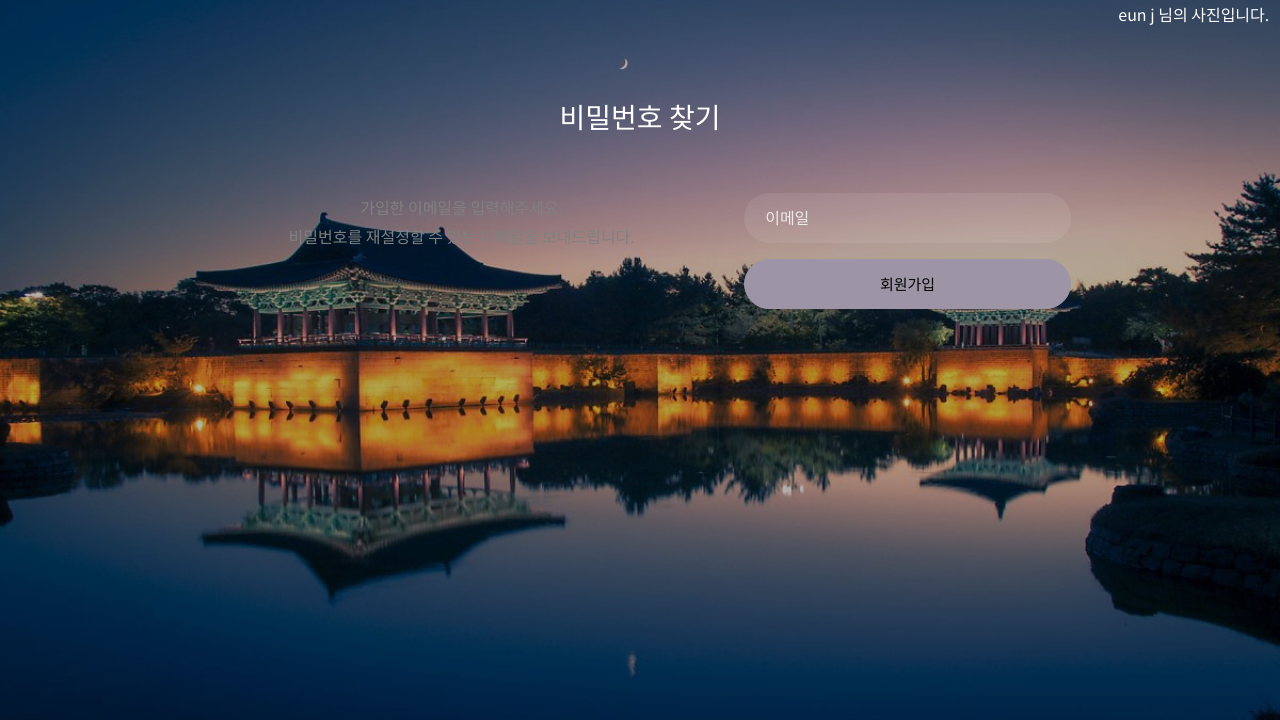
Repository: jangseohyun/LEGGO_2021
Page: http://localhost/PrjApp/FindPw.jsp
The author's editor kept a copy of each file at every save. The page is drawn from the files as they stood at one save, then again after the next save.
The browser window is 1280 px wide. The pictures show the whole page.
The page is served by Tomcat 9. Other server files are loaded and not shown.

Above is the page before, as saved 2021-06-26 11:59:29.

### PrjApp/WebContent/FindPw.jsp
<%@ page contentType="text/html; charset=UTF-8"%>
<%@ taglib prefix="c" uri="http://java.sun.com/jsp/jstl/core"%>
<%
	request.setCharacterEncoding("UTF-8");
	String cp = request.getContextPath();
%>
<!doctype html>
<html lang="en">
<head>
<title>Login</title>
<meta charset="utf-8">
<meta name="viewport"
	content="width=device-width, initial-scale=1, shrink-to-fit=no">
<link rel="preconnect" href="https://fonts.gstatic.com">
<link rel="preconnect" href="https://fonts.gstatic.com">
<link
	href="https://fonts.googleapis.com/css2?family=Noto+Sans+KR:wght@300;400&display=swap"
	rel="stylesheet">
<link
	href="https://fonts.googleapis.com/css?family=Lato:300,400,700&display=swap"
	rel="stylesheet">

<link rel="stylesheet"
	href="https://stackpath.bootstrapcdn.com/font-awesome/4.7.0/css/font-awesome.min.css">

<link rel="stylesheet" href="css/style.css">

</head>
<body class="img js-fullheight" style="background-image: url(images/gyeongju.jpg);">
<p class="userimg">eun j 님의 사진입니다.&nbsp;&nbsp;&nbsp;</p>
<section class="ftco2-section">
		<div class="container" style="padding: 50px;">
			<div class="row justify-content-center">
				<div class="col-md-6 text-center mb-5">
					<h2 class="heading-section" style="font-family: 'Noto Sans KR', sans-serif;">비밀번호 찾기</h2>
				</div>
			</div>
			<div class="row justify-content-center">
				<div class="col-md-6 text-center mb-5">
					<p class="w-100 text-center" style="font-family: 'Noto Sans KR', sans-serif;">가입한 이메일을 입력해주세요.<br>비밀번호를 재설정할 수 있는 이메일을 보내드립니다.</p>
				</div>
				<div class="col-md-6 col-lg-4">
					<div class="login-wrap p-0">
						<form action="#" class="signin-form">
							<div class="form-group">
								<input type="text" class="form-control" placeholder="이메일"
									required>
							</div>
							<div class="form-group">
								<button type="submit"
									class="form-control btn2 btn2-primary submit px-3">회원가입</button>
							</div>
						</form>
					</div>
				</div>
			</div>
		</div>
	</section>

	<script src="js/jquery.min.js"></script>
	<script src="js/popper.js"></script>
	<script src="js/bootstrap.min.js"></script>
	<script src="js/main.js"></script>

</body>
</html>

Loaded but not shown: PrjApp/WebContent/css/style.css (library); PrjApp/WebContent/js/jquery.min.js (library); PrjApp/WebContent/js/popper.js (library); PrjApp/WebContent/js/bootstrap.min.js (library); PrjApp/WebContent/js/main.js (common file)

After the next save:
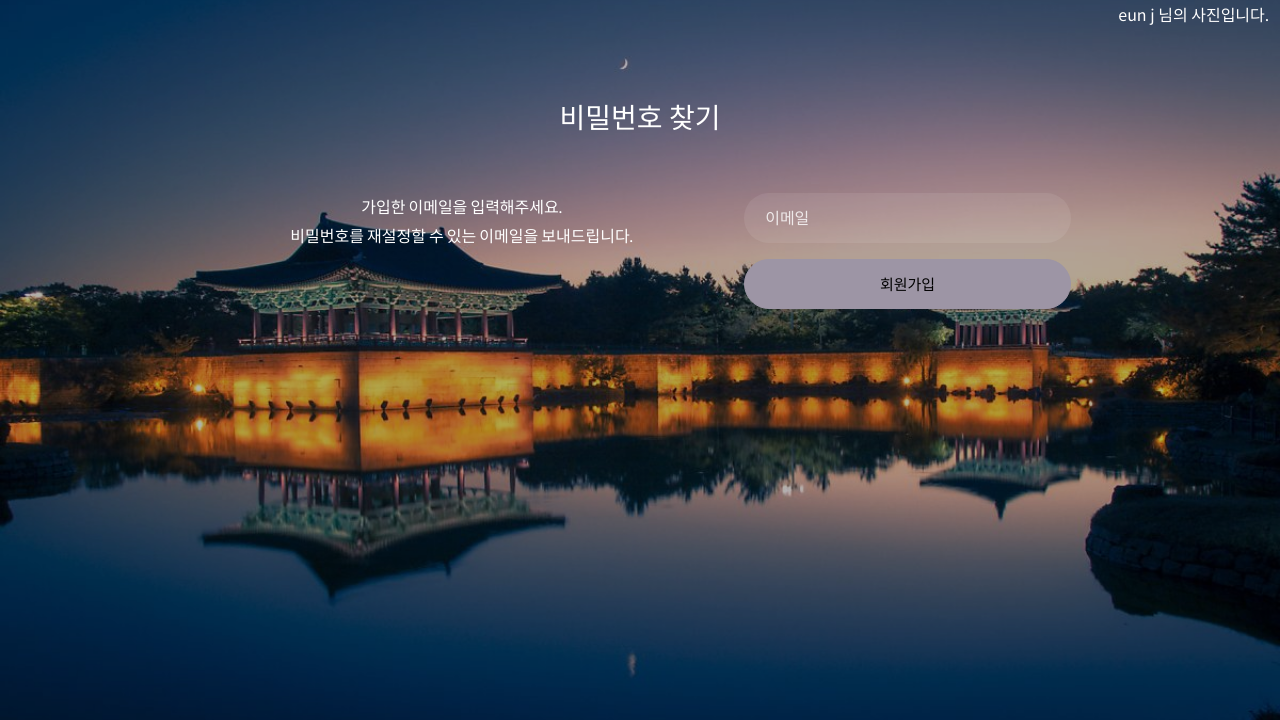
Saved 23 s later.
--- a/PrjApp/WebContent/FindPw.jsp
+++ b/PrjApp/WebContent/FindPw.jsp
@@ -37,7 +37,7 @@
 			</div>
 			<div class="row justify-content-center">
 				<div class="col-md-6 text-center mb-5">
-					<p class="w-100 text-center" style="font-family: 'Noto Sans KR', sans-serif;">가입한 이메일을 입력해주세요.<br>비밀번호를 재설정할 수 있는 이메일을 보내드립니다.</p>
+					<p class="w-100 text-center" style="color: #ffffff">가입한 이메일을 입력해주세요.<br>비밀번호를 재설정할 수 있는 이메일을 보내드립니다.</p>
 				</div>
 				<div class="col-md-6 col-lg-4">
 					<div class="login-wrap p-0">
